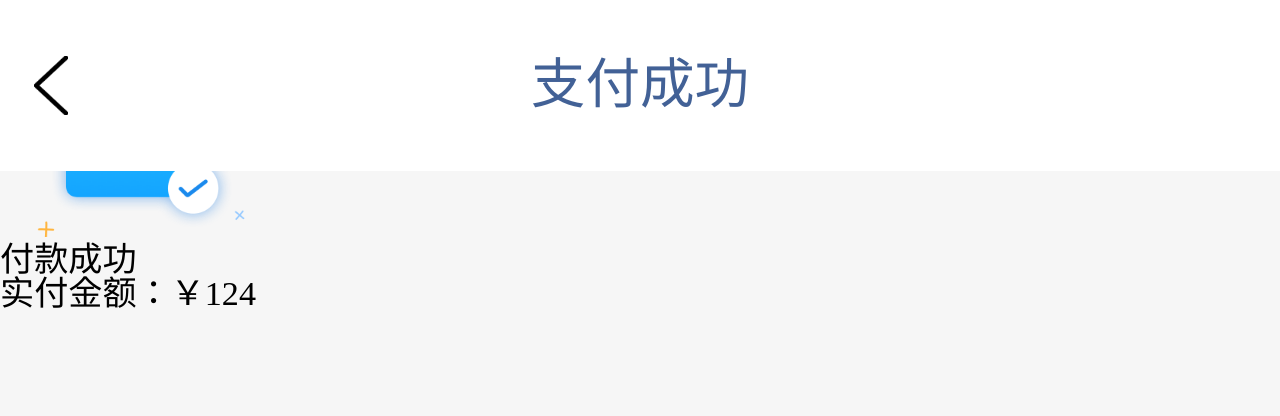
Repository: 421538074/sell
Page: consumer/pay-success.html
An editor plug-in stored every save of this project. The page is shown before and after the next save, followed by the edit.
The browser window is 1280 px wide. The pictures show the whole page.

Above is the page before, as saved 2019-05-31 15:05:20.

### consumer/pay-success.html
<!DOCTYPE html>
<html lang="en">

<head>
    <meta charset="UTF-8">
    <meta name="viewport" content="width=device-width, initial-scale=1.0">
    <meta http-equiv="X-UA-Compatible" content="ie=edge">
    <title>支付成功</title>
    <link rel="stylesheet" href="../css/base.css">
    <link rel="stylesheet" href="css/common.css">
</head>

<body>
    <div id="app" class="content">
        <nav @click="back" class="nav-bar-wrapper">
            <img src="../img/back.png" class="back-icon">
            <p class="nav-bar-title">支付成功</p>
        </nav>
        <div class="order-success-wrapper">
            <img src="../img/order-success.png" class="order-success-icon">
            <p class="order-success-title">付款成功</p>
            <p class="show-actual-money">实付金额：￥124</p>
        </div>
    </div>
    <script src="../js/api.js"></script>
    <script src="../js/jquery.min.js"></script>
    <script src="../js/vue.js"></script>
    <script src="js/vue-mixin.js"></script>
</body>

</html>

### css/base.css
/* http://meyerweb.com/eric/tools/css/reset/
   v2.0 | 20110126
   License: none (public domain)
*/

html,
body,
div,
span,
applet,
object,
iframe,
h1,
h2,
h3,
h4,
h5,
h6,
p,
blockquote,
pre,
a,
abbr,
acronym,
address,
big,
cite,
code,
del,
dfn,
em,
img,
ins,
kbd,
q,
s,
samp,
small,
strike,
strong,
sub,
sup,
tt,
var,
b,
u,
i,
center,
dl,
dt,
dd,
ol,
ul,
li,
fieldset,
form,
label,
legend,
table,
caption,
tbody,
tfoot,
thead,
tr,
th,
td,
article,
aside,
canvas,
details,
embed,
figure,
figcaption,
footer,
header,
hgroup,
menu,
nav,
output,
ruby,
section,
summary,
time,
mark,
audio,
video {
    margin: 0;
    padding: 0;
    border: 0;
    font-size: 100%;
    font: inherit;
    vertical-align: baseline;
}

/* HTML5 display-role reset for older browsers */
article,
aside,
details,
figcaption,
figure,
footer,
header,
hgroup,
menu,
nav,
section {
    display: block;
}

body {
    line-height: 1;
}

ol,
ul {
    list-style: none;
}

blockquote,
q {
    quotes: none;
}

blockquote:before,
blockquote:after,
q:before,
q:after {
    content: '';
    content: none;
}

table {
    border-collapse: collapse;
    border-spacing: 0;
}


body,
html {
    font-size: calc(100vw / 37.5) !important;
    font-family: PingFangSC-Medium;
    background: #F2F2F2;
}


[v-cloak] {
    display: none;
}


hr {
    margin: 0;
    padding: 0;
}

.clearfix {
    zoom: 1;
}

.clearfix:after {
    content: ".";
    display: block;
    visibility: hidden;
    height: 0;
    clear: both;
}

[v-cloak] {
    display: none;
}

### consumer/css/common.css
*{
    box-sizing: border-box;
}
html,body{
    background: #f6f6f6;
}
html,body,div.content{
    height: 100%;
}
/*底部菜单栏*/
nav.tool-bar-wrapper {
    height: 5rem;
    background: #ffffff;
    display: flex;
    align-items: center;
    justify-content: space-around;
}
a.nav-item {
    color: #888888;
    text-decoration: none;
    font-size: 1.5rem;
    display: flex;
    flex-direction: column;
    align-items: center;
    justify-content: space-around;
    height: 90%;
}
a.nav-item.active{
    color: #0093FF;
}
img.nav-item-icon{
    width: 1.5rem;
    height: 1.5rem;
}
.ellipsis{
    overflow: hidden;
    white-space: nowrap;
    text-overflow: ellipsis;
}
/*顶部返回栏 */
nav.nav-bar-wrapper {
    background: #FFFFFF;
    height: 5rem;
    display: flex;
    align-items: center;
    justify-content: space-around;
    position: fixed;
    width: 100%;
    top: 0;
    z-index: 2;
    font-size: 1.6rem;
    color: #426196;
}
img.back-icon {
    position: absolute;
    width: 1rem;
    left: 1rem;
}

### js/api.js
function getUrlKey(name) {
    return decodeURIComponent((new RegExp('[?|&]' + name + '=' + '([^&;]+?)(&|#|;|$)').exec(location.href) || [, ""])[1].replace(/\+/g, '%20')) || null;
}


// window.warn = {
//     alert: function alert(msg) {
//         var template = `
// `
//         $('body').append(template);
//         $('.alert-body').animate({
//             top: "40px"
//         }, 200);
//         // setTimeout(function () {
//         //     warn.close();
//         // }, 1500);
//     },
//     close: function close() {
//         $('.alert-body').animate({
//             top: "-280px"
//         }, 200);
//         setTimeout(function () {
//             $('#alert-msg').remove();
//         }, 200);
//     }
// };

### consumer/js/vue-mixin.js
Vue.mixin({
    methods: {
        /**
         * 返回
         */
        back() {
            history.go(-1);
        },
        /**
         * 限制长度
         * @param {String} 要限制长度的字段
         * @param {Number} 长度
         */
        limitLength(key, length) {
            this[key] = this[key].substring(0, length);
        },
        /**
         * 验证11位手机号
         * @param {Number} phone
         */
        validatePhone(phone) {
            const phoneReg = /^[1-9][0-9]{9}[0-9]$/;
            return phoneReg.test(phone);
        },
        /**
         * 发送手机验证码
         * @param {Number} waitTimeKey 等待时间键名
         * @param {String} tipsKey 发送验证码显示的信息的键名
         * @param {String} phoneKey 手机号键名
         * @param {String} reSendMsg  按钮默认显示的文字
         */
        sendCode(waitTimeKey, tipsKey, phoneKey, defaultMsg) {
            if (!this.validatePhone(this[phoneKey])) {
                alert('无效手机号!');
                return;
            }
            if (this[waitTimeKey] == 60) {
                $.post('', {
                        phone: this[phoneKey]
                    }, (res) => {
                        if (res.status == 1) {
                            const interval = setInterval(() => {
                                if (this[waitTimeKey] == 1) {
                                    this[waitTimeKey] = 60;
                                    this[tipsKey] = defaultMsg;
                                    clearInterval(interval);
                                    return;
                                }
                                this[waitTimeKey] -= 1;
                                this[tipsKey] = `${this[waitTimeKey]}s`;
                            }, 1000);
                        } else {
                            alert('发送失败!');
                        }
                    }, 'json')
                    .fail(err => {
                        alert('服务器异常!');
                    });
            }
        },
        /**
         * 链接跳转
         * @param {String} url
         */
        linkTo(url) {
            window.location.href = url;
        }
    },
    filters: {

    }
})

Loaded but not shown: js/jquery.min.js (library); js/vue.js (library)

After the next save:
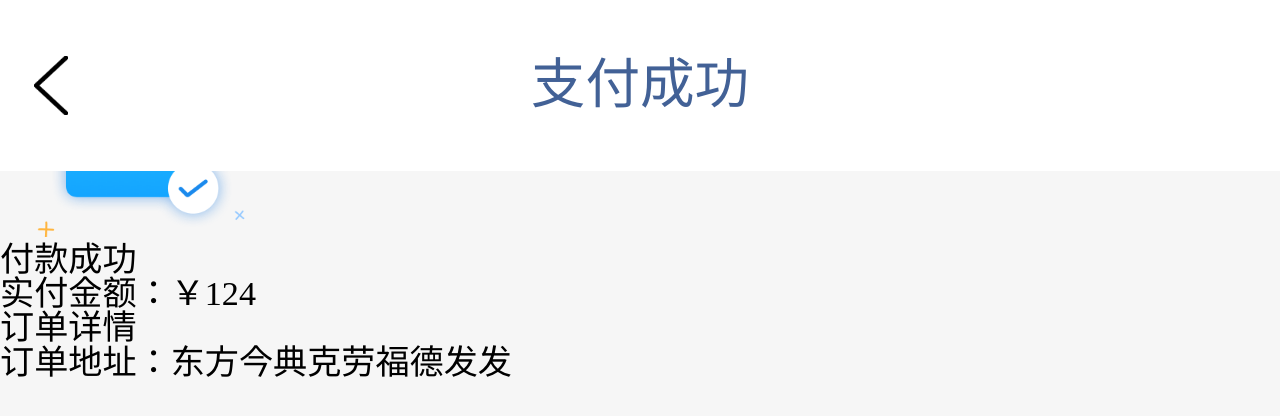
Saved 44 s later.
--- a/consumer/pay-success.html
+++ b/consumer/pay-success.html
@@ -21,6 +21,12 @@
             <p class="order-success-title">付款成功</p>
             <p class="show-actual-money">实付金额：￥124</p>
         </div>
+        <div class="order-detail-wrapper">
+            <p class="order-detail-title">订单详情</p>
+            <p class="order-address">
+                订单地址：东方今典克劳福德发发
+            </p>
+        </div>
     </div>
     <script src="../js/api.js"></script>
     <script src="../js/jquery.min.js"></script>
